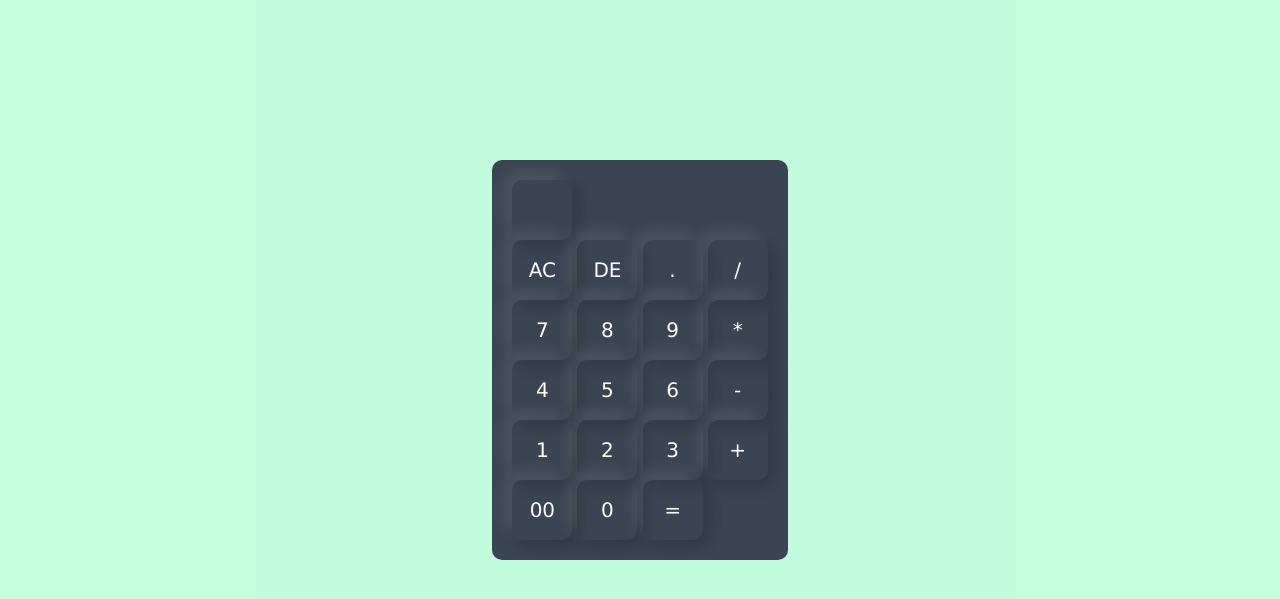
Repository: sirsky89/Simple-Calculator
Page: index.html
These files come from the project's save history. The page is drawn as it stood at one moment and after the next save; the edit follows.
The browser window is 1280 px wide. The pictures show the whole page.

Above is the page before, as saved 2023-01-14 09:42:08.

After the next save:
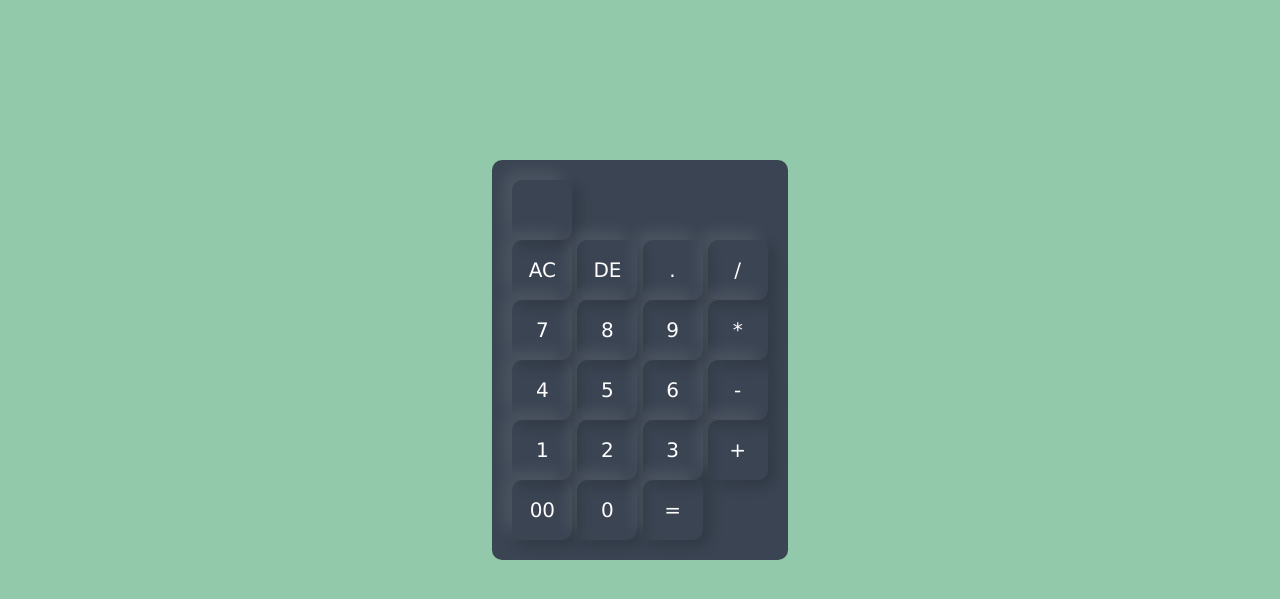
Saved 38 s later.
--- a/style.css
+++ b/style.css
@@ -8,7 +8,7 @@
 .container {
   width: 100%;
   height: 100vh;
-  background-color: #b6fcd5d2;
+  background-color: #91c9aa;
   display: flex;
   align-items: center;
   justify-content: center;
